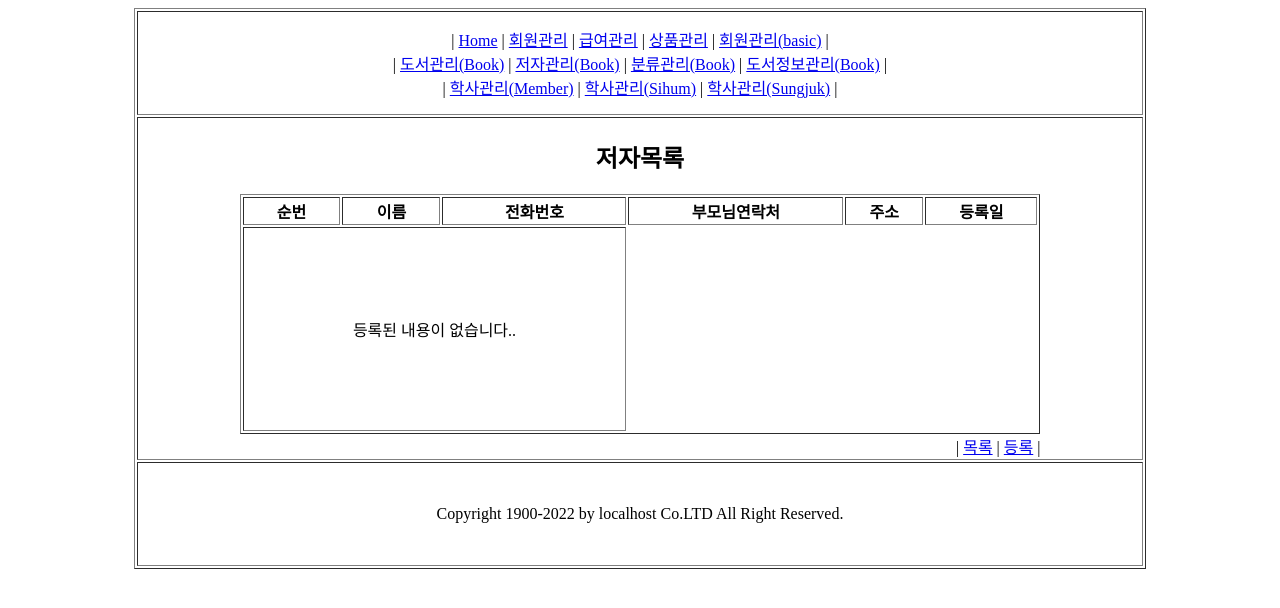
Repository: Mildous/HKIT-BackendClass
Page: http://localhost/jspTest/haksaMember/list.jsp
An editor plug-in stored every save of this project. The page is shown before and after the next save, followed by the edit.
The browser window is 1280 px wide. The pictures show the whole page.
The page is served by Tomcat 9. Other server files are loaded and not shown. Queries for data that is not in the repository find no rows.

Above is the page before, as saved 2022-08-17 02:11:07.

### workspace/jsp/jspTest/WebContent/haksaMember/list.jsp
<%@ page language="java" contentType="text/html; charset=UTF-8"
    pageEncoding="UTF-8"%>
<!DOCTYPE html>
<html>
<head>
<meta charset="UTF-8">
<title>학사정보(Member)</title>
</head>
<body>

<table border="1" width="80%" align="center">
	<tr>
		<td height="100px;" align="center">
			<jsp:include page="../include/inc_menu.jsp" flush="true" />
		</td>
	</tr>
	<tr>
		<td height="300px;" align="center">
			<jsp:include page="list_sub.jsp" flush="true" />
		</td>
	</tr>
	<tr>
		<td height="100px;" align="center">
			<jsp:include page="../include/inc_bottom.jsp" flush="true" />
		</td>
	</tr>
</table>

</body>
</html>

### workspace/jsp/jspTest/WebContent/include/inc_menu.jsp
<%@ page language="java" contentType="text/html; charset=UTF-8"
    pageEncoding="UTF-8"%>
<!DOCTYPE html>
<html>
<head>
<meta charset="UTF-8">
<title>Insert title here</title>
</head>
<body>
	|
	<a href="/jspTest">Home</a>
	|
	<a href="../member/list.jsp">회원관리</a>
	|
	<a href="#">급여관리</a>
	|
	<a href="../product/list.jsp">상품관리</a>
	|
	<a href="../memberBasic/list.jsp">회원관리(basic)</a>
	|

	<br>

	|
	<a href="../Book/list.jsp">도서관리(Book)</a>
	|
	<a href="../BookAuthor/list.jsp">저자관리(Book)</a>
	|
	<a href="../BookProfile/list.jsp">분류관리(Book)</a>
	|
	<a href="../BookInfo/list.jsp">도서정보관리(Book)</a>
	|

	<br>

	|
	<a href="../haksaMember/list.jsp">학사관리(Member)</a>
	|
	<a href="../haksaSihum/list.jsp">학사관리(Sihum)</a>
	|
	<a href="../haksaSungjuk/list.jsp">학사관리(Sungjuk)</a>
	|
</body>
</html>

### workspace/jsp/jspTest/WebContent/haksaMember/list_sub.jsp
<%@page import="haksaMember.model.dto.HaksaMemberDTO"%>
<%@page import="haksaMember.model.dao.HaksaMemberDAO"%>
<%@page import="java.util.ArrayList"%>
<%@ page language="java" contentType="text/html; charset=UTF-8"
    pageEncoding="UTF-8"%>
<%
	HaksaMemberDAO dao = new HaksaMemberDAO();
	ArrayList<HaksaMemberDTO> list = dao.getSelectAll();

	int totalRecord = list.size();
%>

<h2>저자목록</h2>

<table border="1" width="80%" align="center">
	<tr>
		<th>순번</th>
		<th>이름</th>
		<th>전화번호</th>
		<th>부모님연락처</th>
		<th>주소</th>
		<th>등록일</th>
	</tr>
	<% if(totalRecord == 0) { %>
	<tr>
		<td colspan="3" height="200px" align="center">등록된 내용이 없습니다..</td>
	</tr>
	<% } %>
	<%
	int num = totalRecord;
	for(int i=0; i<list.size(); i++) {
		HaksaMemberDTO dto = list.get(i);
	%>
	<tr>
		<td><%= num %></td>
		<td><%= dto.getName() %></td>
		<td><%= dto.getPhone() %></td>
		<td><%= dto.getParentPhone() %></td>
		<td>(<%= dto.getAddr1() %>) <%= dto.getAddr2() %> <%= dto.getAddr3() %> <%= dto.getAddr4() %></td>
		<td><%= dto.getRegiDate() %></td>
		<td align="center">
			<a href="#" onClick="move('edit.jsp', '<%= dto.getHakbun() %>');">[수정]</a>
			&nbsp;
			<a href="#" onClick="move('delete.jsp', '<%= dto.getHakbun() %>');">[삭제]</a>
		</td>
	</tr>
	<%
			num--;
		}
	%>
</table>
<div style="width: 80%; margin: 10px, 0;" align="right">
	|
	<a href="#" onClick="move('list.jsp', '');">목록</a>
	|
	<a href="#" onClick="move('insert.jsp', '');">등록</a>
	|
</div>

<script>
function move(value1, value2) {
	location.href = value1 + '?hakbun=' + value2;
}
</script>

### workspace/jsp/jspTest/WebContent/include/inc_bottom.jsp
<%@ page language="java" contentType="text/html; charset=UTF-8"
    pageEncoding="UTF-8"%>
<!DOCTYPE html>
<html>
<head>
<meta charset="UTF-8">
<title>Insert title here</title>
</head>
<body>
	Copyright 1900-2022 by localhost Co.LTD All Right Reserved.
</body>
</html>

### workspace/jsp/jspTest/src/haksaMember/model/dao/HaksaMemberDAO.java
package haksaMember.model.dao;

import java.sql.Connection;
import java.sql.PreparedStatement;
import java.sql.ResultSet;
import java.util.ArrayList;

import config.DB;
import haksaMember.model.dto.HaksaMemberDTO;

public class HaksaMemberDAO {

	Connection conn = null;
	PreparedStatement pstmt = null;
	ResultSet rs = null;
	String table_1 = "haksaMember";

	public ArrayList<HaksaMemberDTO> getSelectAll() {
		ArrayList<HaksaMemberDTO> list = new ArrayList<HaksaMemberDTO>();
		conn = DB.dbConn();
		try {
			String sql = "select * from " + table_1 + " order by hakbun desc";
			pstmt = conn.prepareStatement(sql);
			rs = pstmt.executeQuery();
			while(rs.next()) {
				HaksaMemberDTO resultDto = new HaksaMemberDTO();
				resultDto.setHakbun(rs.getInt("hakbun"));
				resultDto.setName(rs.getString("name"));
				resultDto.setPhone(rs.getString("phone"));
				resultDto.setParentPhone(rs.getString("parentPhone"));
				resultDto.setAddr1(rs.getString("addr1"));
				resultDto.setAddr2(rs.getString("addr2"));
				resultDto.setAddr3(rs.getString("addr3"));
				resultDto.setAddr4(rs.getString("addr4"));
				resultDto.setRegiDate(rs.getDate("regiDate"));
				list.add(resultDto);
			}
		} catch(Exception e) {
			//e.printStackTrace();
		} finally {
			DB.dbConnClose(rs, pstmt, conn);
		}
		return list;
	}

	public HaksaMemberDTO getSelectOne(HaksaMemberDTO paramDto) {
		HaksaMemberDTO resultDto = new HaksaMemberDTO();
		conn = DB.dbConn();
		try {
			String sql = "select * from " + table_1 + " where hakbun = ?";
			pstmt = conn.prepareStatement(sql);
			pstmt.setInt(1, paramDto.getHakbun());
			rs = pstmt.executeQuery();
			if(rs.next()) {
				resultDto.setHakbun(rs.getInt("hakbun"));
				resultDto.setName(rs.getString("name"));
				resultDto.setPhone(rs.getString("phone"));
				resultDto.setParentPhone(rs.getString("parentPhone"));
				resultDto.setAddr1(rs.getString("addr1"));
				resultDto.setAddr2(rs.getString("addr2"));
				resultDto.setAddr3(rs.getString("addr3"));
				resultDto.setAddr4(rs.getString("addr4"));
			}
		} catch(Exception e) {
			//e.printStackTrace();
		} finally {
			DB.dbConnClose(rs, pstmt, conn);
		}
		return resultDto;
	}

	public int setInsert(HaksaMemberDTO paramDto) {
		int result = 0;
		conn = DB.dbConn();
		try {
			String sql = "insert into " + table_1 + " values(seq_haksaMember.nextval, ?, ?, ?, ?, ?, ?, ?, sysdate)";
			pstmt = conn.prepareStatement(sql);
			pstmt.setString(1, paramDto.getName());
			pstmt.setString(2, paramDto.getPhone());
			pstmt.setString(3, paramDto.getParentPhone());
			pstmt.setString(4, paramDto.getAddr1());
			pstmt.setString(5, paramDto.getAddr2());
			pstmt.setString(6, paramDto.getAddr3());
			pstmt.setString(7, paramDto.getAddr4());
			result = pstmt.executeUpdate();
		} catch(Exception e) {
			//e.printStackTrace();
		} finally {
			DB.dbConnClose(rs, pstmt, conn);
		}
		return result;
	}

	public int setUpdate(HaksaMemberDTO paramDto) {
		int result = 0;
		conn = DB.dbConn();
		try {
			String sql = "update " + table_1 + " set phone = ?, parentPhone = ?, addr1 = ?, addr2 = ?, addr3 = ?, addr4 = ? where hakbun = ?";
			pstmt = conn.prepareStatement(sql);
			pstmt.setString(1, paramDto.getPhone());
			pstmt.setString(2, paramDto.getParentPhone());
			pstmt.setString(3, paramDto.getAddr1());
			pstmt.setString(4, paramDto.getAddr2());
			pstmt.setString(5, paramDto.getAddr3());
			pstmt.setString(6, paramDto.getAddr4());
			pstmt.setInt(7, paramDto.getHakbun());
			result = pstmt.executeUpdate();
		} catch(Exception e) {
			//e.printStackTrace();
		} finally {
			DB.dbConnClose(rs, pstmt, conn);
		}
		return result;
	}

	public int setDelete(HaksaMemberDTO paramDto) {
		int result = 0;
		conn = DB.dbConn();
		try {
			String sql = "delete from " + table_1 + " where hakbun = ?";
			pstmt = conn.prepareStatement(sql);
			pstmt.setInt(1, paramDto.getHakbun());
			result = pstmt.executeUpdate();
		} catch(Exception e) {
			//e.printStackTrace();
		} finally {
			DB.dbConnClose(rs, pstmt, conn);
		}
		return result;
	}
}

### workspace/jsp/jspTest/src/config/DB.java
package config;

import java.sql.Connection;
import java.sql.DriverManager;
import java.sql.PreparedStatement;
import java.sql.ResultSet;

public class DB {
	public static Connection dbConn() {
		String dbDriver = "oracle.jdbc.driver.OracleDriver";
		String dbUrl = "jdbc:oracle:thin:@localhost:1521/xe";
		String dbId = "jspTest";
		String dbPasswd = "1234";

		Connection conn = null;

		try {
			Class.forName(dbDriver);
		} catch(Exception e) {
			//e.printStackTrace();
			System.out.println("-- 오라클 드라이버 오류 --");
		}

		try {
			conn = DriverManager.getConnection(dbUrl, dbId, dbPasswd);
		} catch(Exception e) {
			//e.printStackTrace();
			System.out.println("-- 오라클 접속 오류 --");
		}
		return conn;
	}

	public static void dbConnClose(ResultSet rs, PreparedStatement pstmt, Connection conn) {

		try {
			if(rs != null) { rs.close(); }
		} catch(Exception e) {
			//e.printStackTrace();
		}

		try {
			if(pstmt != null) { pstmt.close(); }
		} catch(Exception e) {
			//e.printStackTrace();
		}

		try {
			if(conn != null) { conn.close(); }
		} catch(Exception e) {
			//e.printStackTrace();
		}
	}
}

After the next save:
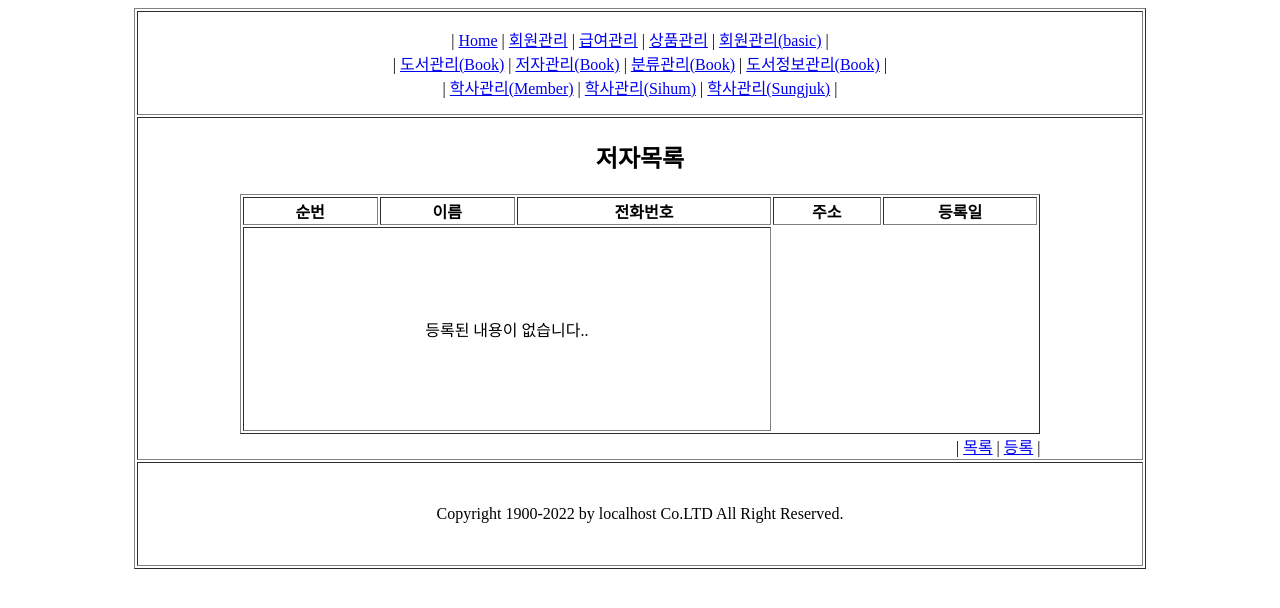
Saved 46 s later.
--- a/workspace/jsp/jspTest/WebContent/haksaMember/list_sub.jsp
+++ b/workspace/jsp/jspTest/WebContent/haksaMember/list_sub.jsp
@@ -17,7 +17,6 @@
 		<th>순번</th>
 		<th>이름</th>
 		<th>전화번호</th>
-		<th>부모님연락처</th>
 		<th>주소</th>
 		<th>등록일</th>
 	</tr>
@@ -35,7 +34,6 @@
 		<td><%= num %></td>
 		<td><%= dto.getName() %></td>
 		<td><%= dto.getPhone() %></td>
-		<td><%= dto.getParentPhone() %></td>
 		<td>(<%= dto.getAddr1() %>) <%= dto.getAddr2() %> <%= dto.getAddr3() %> <%= dto.getAddr4() %></td>
 		<td><%= dto.getRegiDate() %></td>
 		<td align="center">
